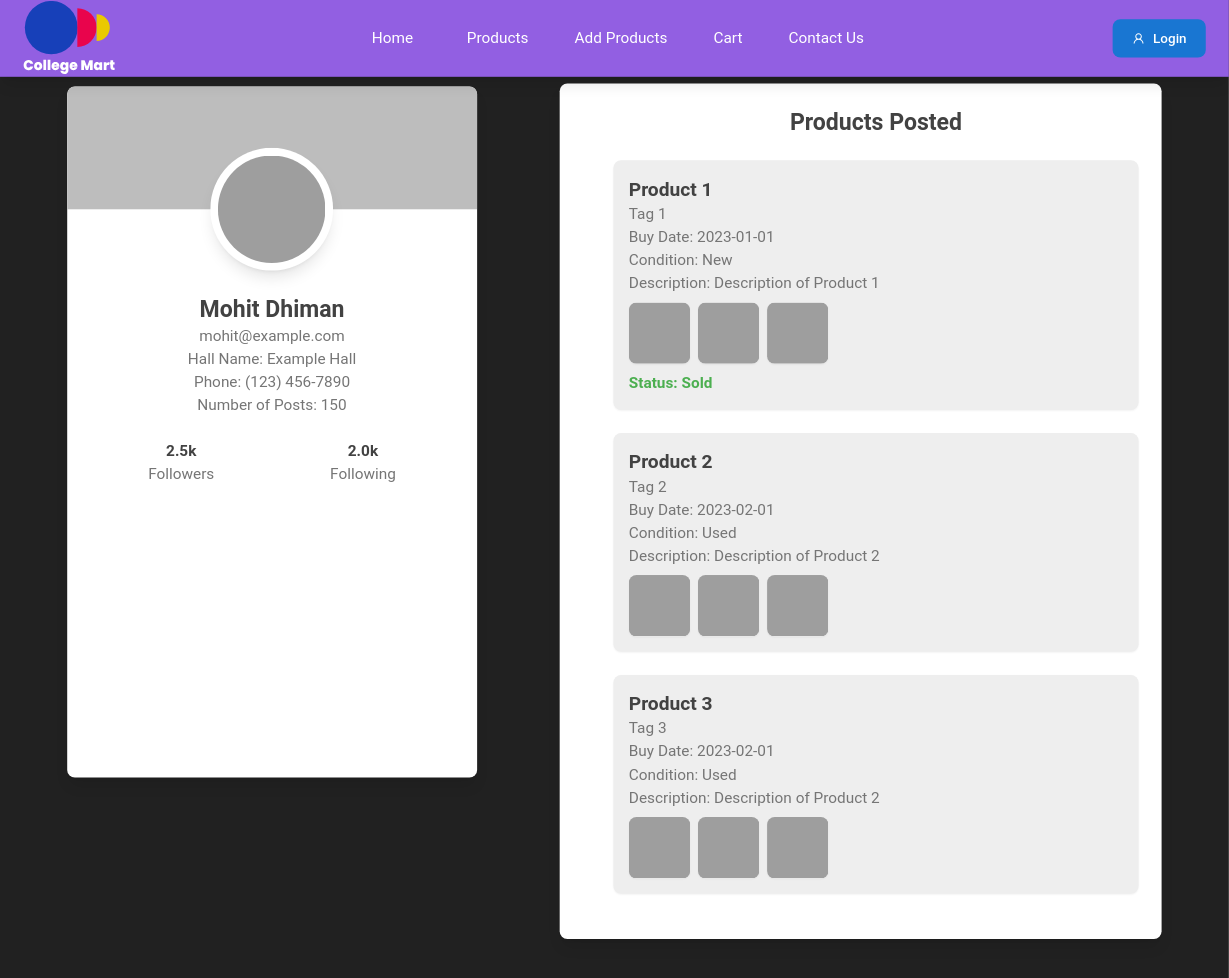
Repository: kumar1397/College-Mart
Page: /home/profile
The author's editor kept a copy of each file at every save. The page is drawn from the files as they stood at one save, then again after the next save.
The browser window is 1280 px wide. The pictures show the whole page, at 96% of full size.
Pictures or frames that could not be fetched are drawn as grey boxes. Some web fonts or font styles are not loaded; a fallback is used. Some web libraries are served in a nearby version. The project was rebuilt for these pictures with package versions that can differ from the ones it lists, and the page was loaded fresh each time. Also part of the build but not shown: src/components/forgetPassword/forgetpassword.jsx, src/components/Auth.js, src/components/hero/Heronavbar.jsx, src/components/hero/footer.jsx, src/components/hero/Carousel.jsx, src/components/hero/Hero.jsx, src/components/new-home-page/header.jsx, src/components/new-home-page/footer_cont.jsx and 12 more.

Above is the page before, as saved 2024-07-15 16:10:46.

### public/index.html
<!DOCTYPE html>
<html lang="en">
  <head>
    <meta charset="utf-8" />
    <!-- <link rel="icon" href="%PUBLIC_URL%/favicon.ico" /> -->
    <meta name="viewport" content="width=device-width, initial-scale=1" />
    <meta name="theme-color" content="#000000" />

    <meta
      name="description"
      content="Web site created using create-react-app"
    />
    <link rel="preconnect" href="https://fonts.googleapis.com" />
    <link rel="preconnect" href="https://fonts.gstatic.com" crossorigin />
    <link
      href="https://fonts.googleapis.com/css2?family=Playwrite+GB+S:ital,wght@0,100..400;1,100..400&display=swap"
      rel="stylesheet"
    />
    <link rel="preconnect" href="https://fonts.googleapis.com" />
    <link rel="preconnect" href="https://fonts.gstatic.com" crossorigin />
    <link
      href="https://fonts.googleapis.com/css2?family=Archivo:ital,wght@0,100..900;1,100..900&family=Exo+2:ital,wght@0,600;1,600&display=swap"
      rel="stylesheet"
    />
    <link rel="preconnect" href="https://fonts.googleapis.com" />
    <link rel="preconnect" href="https://fonts.gstatic.com" crossorigin />
    <link
      href="https://fonts.googleapis.com/css2?family=Archivo:ital,wght@0,100..900;1,100..900&family=Exo+2:ital,wght@0,600;1,600&family=Montserrat+Alternates:ital,wght@0,100;0,200;0,300;0,400;0,500;0,600;0,700;0,800;0,900;1,100;1,200;1,300;1,400;1,500;1,600;1,700;1,800;1,900&display=swap"
      rel="stylesheet"
    />
    <link
      rel="stylesheet"
      type="text/css"
      charset="UTF-8"
      href="https://cdnjs.cloudflare.com/ajax/libs/slick-carousel/1.6.0/slick.min.css"
    />
    <link
      rel="stylesheet"
      type="text/css"
      href="https://cdnjs.cloudflare.com/ajax/libs/slick-carousel/1.6.0/slick-theme.min.css"
    />
    <!-- <link rel="apple-touch-icon" href="%PUBLIC_URL%/logo192.png" /> -->
    <!-- <link rel="manifest" href="%PUBLIC_URL%/manifest.json" /> -->
    <title>College Mart</title>
  </head>

  <body>
    <noscript>You need to enable JavaScript to run this app.</noscript>
    <div id="root"></div>
  </body>
</html>

### src/index.js
import React from 'react';
import ReactDOM from 'react-dom/client';
import './index.css';
import App from './App';
import reportWebVitals from './reportWebVitals';
// import { BrowserRouter } from 'react-router-dom';

import { ThemeProvider } from "@material-tailwind/react";

const root = ReactDOM.createRoot(document.getElementById('root'));
root.render(

    <React.StrictMode>
      <ThemeProvider>
      <App />
      </ThemeProvider>
    </React.StrictMode>

);

// If you want to start measuring performance in your app, pass a function
// to log results (for example: reportWebVitals(console.log))
// or send to an analytics endpoint. Learn more: https://bit.ly/CRA-vitals
reportWebVitals();

### src/index.css
@tailwind base;
@tailwind components;
@tailwind utilities;


.bgblackAuth {
  background: url('/public/Frame2.svg');
}

.bgcolorAuth {
  background: url('/public/colorbg.svg ')
}

.hnavbg {
  background: url('/public/hnavbg.svg');
  background-size: 100%;
}

.herohomebg {
  background: url('/public/homebg.svg') no-repeat;
  background-size: 100%;
}

@import url('https://fonts.googleapis.com/css2?family=Roboto:wght@400;500;700&display=swap');


.playwrite {
  font-family: "Playwrite GB S", cursive;
  font-optical-sizing: auto;
  font-weight: 400;
  font-style: normal;
}

.exo {
  font-family: "Exo 2", sans-serif;
  font-optical-sizing: auto;
  font-weight: 600;
  font-style: normal;
}

.mont {
  font-family: "Montserrat Alternates", sans-serif;
  font-weight: 300;
  font-style: normal;
}

### src/App.js
import Auth from "./components/Auth";
import Hero from "./components/hero/Hero";
import Home02 from "./components/new-home-page/parent";
import { AuthProvider } from "./contexts/AuthContext";
import ContactUs from "./components/contact-us/contact";
import { Route, Routes, BrowserRouter as Router } from "react-router-dom";
import ProductFormCard from "./components/product/newProduct";
import Profile from "./components/profile/profile";
import ResetPassword from "./components/forgetPassword/resetpassword";
import ForgotPassword from "./components/forgetPassword/forgetpassword";

function App() {
  return (
    <div>
      <Router>
        <AuthProvider>
          <Routes>
            <Route exact path="/" element={<Hero />} />
            <Route path="/auth" element={<Auth />} />
            <Route path="/home" element={<Home02 />} />
            <Route path="/home/profile" element={<Profile />} />
            <Route path="/home/form" element={<ProductFormCard />} />
            <Route path="/contactus" element={<ContactUs />} />
            <Route path="/forgot_password" element={<ForgotPassword/>} />
            <Route path="/reset/:token" element={< ResetPassword/>} />
          </Routes>
        </AuthProvider>
      </Router>
    </div>
  );
}

export default App;

### src/contexts/AuthContext.js
import React, { createContext, useState, useEffect } from "react";
import { useNavigate } from "react-router-dom";

const AuthContext = createContext();

export const AuthProvider = ({ children }) => {
  const [user, setUser] = useState(null);
  const navigate = useNavigate();

  useEffect(() => {
    const token = localStorage.getItem("token");
    const storedUser = JSON.parse(localStorage.getItem("user"));

    if (token && storedUser) {
      setUser(storedUser);
    } else {
      // navigate("");
    }
  }, [navigate]);

  const login = (userData, token) => {
    localStorage.setItem("token", token);
    localStorage.setItem("user", JSON.stringify(userData));
    setUser(userData);
    navigate("/home");
  };

  const logout = () => {
    localStorage.removeItem("token");
    localStorage.removeItem("user");
    setUser(null);
    navigate("/auth");
  };

  return (
    <AuthContext.Provider value={{ user, login, logout }}>
      {children}
    </AuthContext.Provider>
  );
};

export default AuthContext;

### src/components/profile/profile.jsx
import React from "react";
import ProductComponent  from "./UserProfile";
import { FontAwesomeIcon } from '@fortawesome/react-fontawesome';
import { faPhone, faEnvelope } from '@fortawesome/free-solid-svg-icons';
import Navbar from "../new-home-page/navbar";
const products = [
    {
        id: 1,
        name: "Product 1",
        tag: "Tag 1",
        buyDate: "2023-01-01",
        condition: "New",
        description: "Description of Product 1",
        images: ["/logo192.png", "/shoes01.webp","/ycle.webp"]
    },
    {
        id: 2,
        name: "Product 2",
        tag: "Tag 2",
        buyDate: "2023-02-01",
        condition: "Used",
        description: "Description of Product 2",
        images: ["/logo192.png", "/shoes01.webp","/ycle.webp"]
    },
    {
        id: 3,
        name: "Product 3",
        tag: "Tag 3",
        buyDate: "2023-02-01",
        condition: "Used",
        description: "Description of Product 2",
        images: ["/logo192.png", "/shoes01.webp","/ycle.webp"]
    }

];
export default function Profile() {
    return (
        <>
            <Navbar />
            <div className="bg-gray-900 min-h-screen flex">
                <div className="container mx-auto my-16 flex">
                    <div className="lg:w-1/3 bg-white rounded-lg shadow-lg overflow-hidden h-full fixed " style={{ marginRight: "65%", marginTop: "2%", marginBottom: "2%"}}>
                        <div className="h-32 bg-gray-400"></div>
                        <div className="flex justify-center -mt-16">
                            <img className="h-32 w-32 bg-white p-2 rounded-full shadow-lg" src="https://images.unsplash.com/photo-1535713875002-d1d0cf377fde?ixid=MnwxMjA3fDB8MHxwaG90by1wYWdlfHx8fGVufDB8fHx8&ixlib=rb-1.2.1&auto=format&fit=crop&w=2000&q=80" alt="Profile" />
                        </div>
                        <div className="p-6 text-center">
                            <h2 className="text-2xl font-semibold text-gray-800">Mohit Dhiman</h2>
                            <p className="text-gray-600">mohit@example.com</p>
                            <p className="text-gray-600">Hall Name: Example Hall</p>
                            <p className="text-gray-600">Phone: (123) 456-7890</p>
                            <p className="text-gray-600">Number of Posts: 150</p>
                            <div className="mt-6 flex justify-around">
                                <div className="text-center">
                                    <p className="font-semibold text-gray-800">2.5k</p>
                                    <p className="text-gray-600">Followers</p>
                                </div>
                                <div className="text-center">
                                    <p className="font-semibold text-gray-800">2.0k</p>
                                    <p className="text-gray-600">Following</p>
                                </div>
                            </div>
                        </div>
                    </div>

                    <div className="lg:ml-1/3 w-full bg-white rounded-lg shadow-lg overflow-y-auto h-full pl-8" style={{ marginLeft: "45%" , marginTop: "2%"}}>
                        <div className="p-6">
                            <h2 className="text-2xl font-semibold text-gray-800 text-center">Products Posted</h2>
                            <div className="mt-6 space-y-6">
                                {products.map((product, index) => (
                                    <div key={product.id} className="p-4 bg-gray-200 rounded-lg shadow-sm">
                                        <h3 className="text-xl font-bold text-gray-800">{product.name}</h3>
                                        <p className="text-gray-600">{product.tag}</p>
                                        <p className="text-gray-600">Buy Date: {product.buyDate}</p>
                                        <p className="text-gray-600">Condition: {product.condition}</p>
                                        <p className="text-gray-600">Description: {product.description}</p>
                                        <div className="mt-2 flex space-x-2">
                                            {product.images.map((image, imgIndex) => (
                                                <img key={imgIndex} src={image} alt={`Product ${product.id}`} className="w-16 h-16 rounded-lg shadow-sm" />
                                            ))}
                                        </div>
                                        {index === 0 && <p className="mt-2 text-green-500 font-semibold">Status: Sold</p>}
                                    </div>
                                ))}
                            </div>
                        </div>
                    </div>
                </div>
            </div>
        </>


    )
}

### src/components/new-home-page/navbar.jsx
import React, { useState, useContext } from "react";
import { Link } from "react-router-dom";
import {
  AiOutlineClose,
  AiOutlineMenu,
  AiOutlineUser,
  AiOutlineLogout,
} from "react-icons/ai";
import AuthContext from "../../contexts/AuthContext";
import Logo from "./logo.svg"
const Navbar = () => {
  const { user, logout } = useContext(AuthContext);
  const [nav, setNav] = useState(false);
  const [isDropdownOpen, setIsDropdownOpen] = useState(false);

  const navItems = [
    { id: 1, text: "Home", path: "/" },
    { id: 2, text: "Products", path: "/products" },
    { id: 3, text: "Add Products", path: "/add-products" },
    { id: 4, text: "Cart", path: "/cart" },
    { id: 4, text: "Contact Us", path: "/contactus" },
  ];

  const handleNav = () => setNav(!nav);
  const toggleDropdown = () => setIsDropdownOpen(!isDropdownOpen);

  return (
    <div className="bg-[#925FE2] shadow-lg flex justify-between z-20 items-center h-20 w-full px-6 text-white fixed">
      <div className="flex items-center space-x-2">
        <div className=" w-24 max-w-24"><img src={Logo} alt="" /></div>
      </div>

      <ul className="hidden md:flex space-x-4">
        {navItems.map((item) => (
          <li
            key={item.id}
            className="p-4 hover:bg-white rounded-xl m-2 cursor-pointer duration-300 hover:text-black"
          >
            <Link to={item.path}>{item.text}</Link>
          </li>
        ))}
      </ul>

      <div className="block md:hidden" onClick={handleNav}>
        {nav ? <AiOutlineClose size={20} /> : <AiOutlineMenu size={20} />}
      </div>

      <ul
        className={`fixed top-0 left-0 w-[60%] h-full border-r border-r-gray-900 bg-[#000300] ease-in-out duration-500 ${
          nav ? "left-0" : "left-[-100%]"
        } md:hidden`}
      >
        <h1 className="w-full text-3xl font-bold text-[#00df9a] m-4">REACT.</h1>
        {navItems.map((item) => (
          <li
            key={item.id}
            className="p-4 border-b rounded-xl hover:bg-[#00df9a] duration-300 hover:text-black cursor-pointer border-gray-600"
          >
            <Link to={item.path}>{item.text}</Link>
          </li>
        ))}
      </ul>

      <div className="relative flex items-center space-x-4">
        {user ? (
          <>
            <button
              id="dropdownDefaultButton"
              onClick={toggleDropdown}
              className="flex items-center text-white bg-blue-700 hover:bg-blue-800 focus:ring-4 focus:outline-none focus:ring-blue-300 font-medium rounded-lg text-sm px-5 py-2.5 dark:bg-blue-600 dark:hover:bg-blue-700 dark:focus:ring-blue-800"
              type="button"
            >
              <AiOutlineUser className="w-6 h-6 mr-2" />
              <span>{user.name}</span>
              <svg
                className="w-2.5 h-2.5 ml-2"
                aria-hidden="true"
                xmlns="http://www.w3.org/2000/svg"
                fill="none"
                viewBox="0 0 10 6"
              >
                <path
                  stroke="currentColor"
                  strokeLinecap="round"
                  strokeLinejoin="round"
                  strokeWidth="2"
                  d="m1 1 4 4 4-4"
                />
              </svg>
            </button>
            {isDropdownOpen && (
              <div
                id="dropdown"
                className="absolute top-full mt-2 z-10 bg-white divide-y divide-gray-100 w-44 rounded-lg shadow dark:bg-gray-700"
              >
                <ul className="py-2 text-sm text-gray-700 dark:text-gray-200">
                  <li>
                    <Link
                      to="/home/profile"
                      className=" px-4 py-2 hover:bg-gray-100 dark:hover:bg-gray-600 dark:hover:text-white w-full text-left flex items-center"
                    >
                      <AiOutlineUser className="mr-2" />
                      Profile
                    </Link>
                  </li>
                  <li>
                    <button
                      className=" px-4 py-2 hover:bg-gray-100 dark:hover:bg-gray-600 dark:hover:text-white w-full text-left flex items-center"
                      onClick={logout}
                    >
                      <AiOutlineLogout className="mr-2" />
                      Logout
                    </button>
                  </li>
                </ul>
              </div>
            )}
          </>
        ) : (
          <Link
            to="/login"
            className="flex items-center px-5 py-2.5 bg-blue-700 hover:bg-blue-800 focus:ring-4 focus:outline-none focus:ring-blue-300 text-sm font-medium rounded-lg dark:bg-blue-600 dark:hover:bg-blue-700 dark:focus:ring-blue-800"
          >
            <AiOutlineUser className="mr-2" />
            Login
          </Link>
        )}
      </div>
    </div>
  );
};

export default Navbar;

### tailwind.config.js
/** @type {import('tailwindcss').Config} */

// const withMT = require("@material-tailwind/react/utils/withMT");

// const config={
//   content: [
//     "./src/**/*.{js,jsx,ts,tsx}",
//   ],
//   theme: {
//     extend: {},
//   },
//   plugins: [],
// }

// module.exports = withMT(config);

const withMT = require("@material-tailwind/react/utils/withMT");

module.exports = withMT({
  content: ["./src/**/*.{js,jsx,ts,tsx}"],
  theme: {
    extend: {
      keyframes: {
        gradient: {
          '0%': { backgroundPosition: '0% 50%' },
          '50%': { backgroundPosition: '100% 50%' },
          '100%': { backgroundPosition: '0% 50%' },
        },
      },
      animation: {
        'gradient-bg': 'gradient 15s ease infinite',
      },
      backgroundImage: {
        'gradient-radial': 'radial-gradient(circle, var(--tw-gradient-stops))',
        'gradient-linear': 'linear-gradient(270deg, #ff9a9e, #fad0c4, #fad0c4, #ff9a9e)',
      },
    },
  },
  plugins: [],
});

Loaded but not shown: src/reportWebVitals.js (common file)

After the next save:
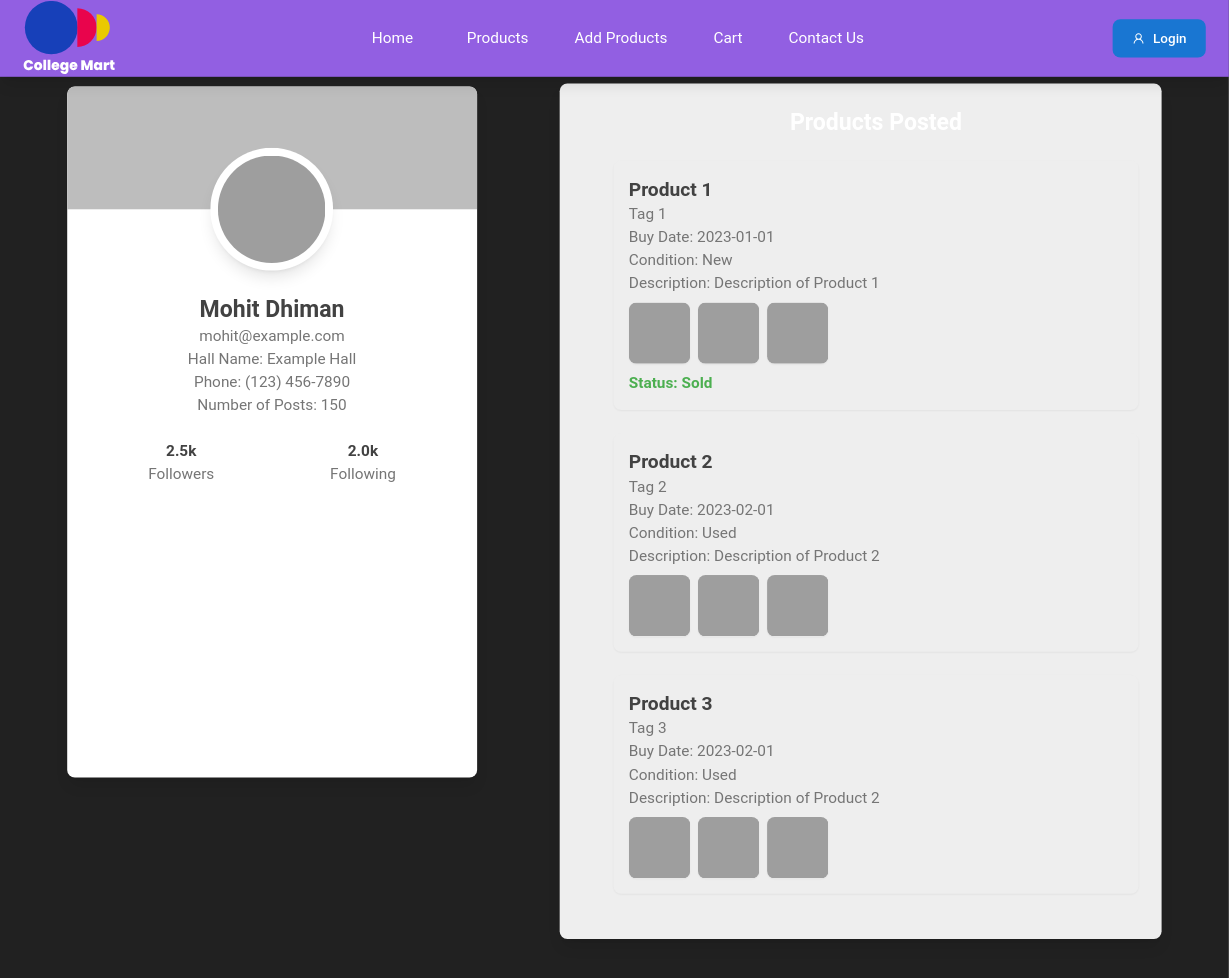
Saved 49 s later.
--- a/src/components/profile/profile.jsx
+++ b/src/components/profile/profile.jsx
@@ -63,9 +63,9 @@ export default function Profile() {
                         </div>
                     </div>
 
-                    <div className="lg:ml-1/3 w-full bg-white rounded-lg shadow-lg overflow-y-auto h-full pl-8" style={{ marginLeft: "45%" , marginTop: "2%"}}>
+                    <div className="lg:ml-1/3 w-full bg-gray-200 rounded-lg shadow-lg overflow-y-auto h-full pl-8" style={{ marginLeft: "45%" , marginTop: "2%"}}>
                         <div className="p-6">
-                            <h2 className="text-2xl font-semibold text-gray-800 text-center">Products Posted</h2>
+                            <h2 className="text-2xl font-semibold text-white text-center">Products Posted</h2>
                             <div className="mt-6 space-y-6">
                                 {products.map((product, index) => (
                                     <div key={product.id} className="p-4 bg-gray-200 rounded-lg shadow-sm">
